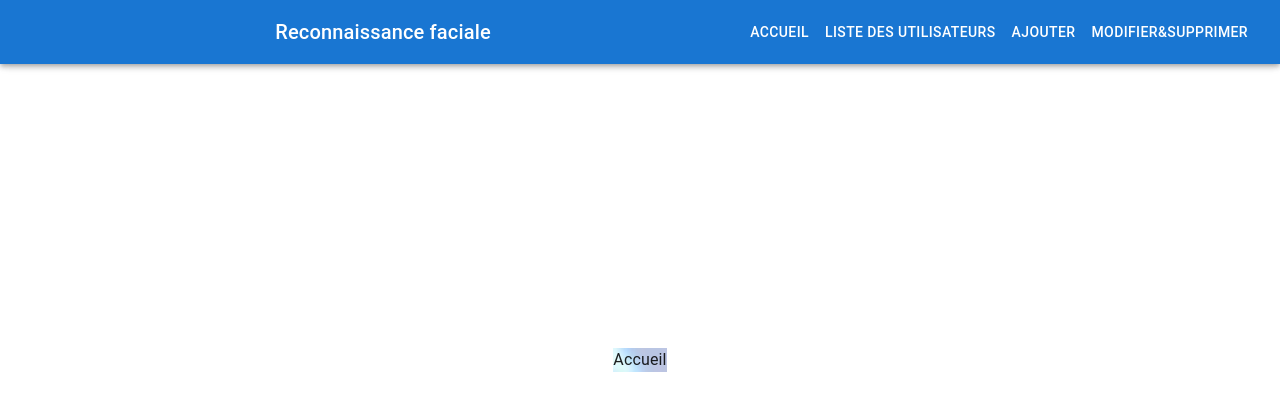
Repository: azizdeghais/Face-recognition-Platform
Page: / (app in front-end/)
An editor plug-in stored every save of this project. The page is shown before and after the next save, followed by the edit.
The browser window is 1280 px wide. The pictures show the whole page.
The project was rebuilt for these pictures with package versions that can differ from the ones it lists, and the page was loaded fresh each time. Also part of the build but not shown: front-end/vite.config.js, front-end/src/Ajouter/Ajouter.jsx, front-end/src/Modification/Modification.jsx, front-end/src/Liste/Liste.jsx.

Above is the page before, as saved 2023-05-15 00:52:09.

After the next save:
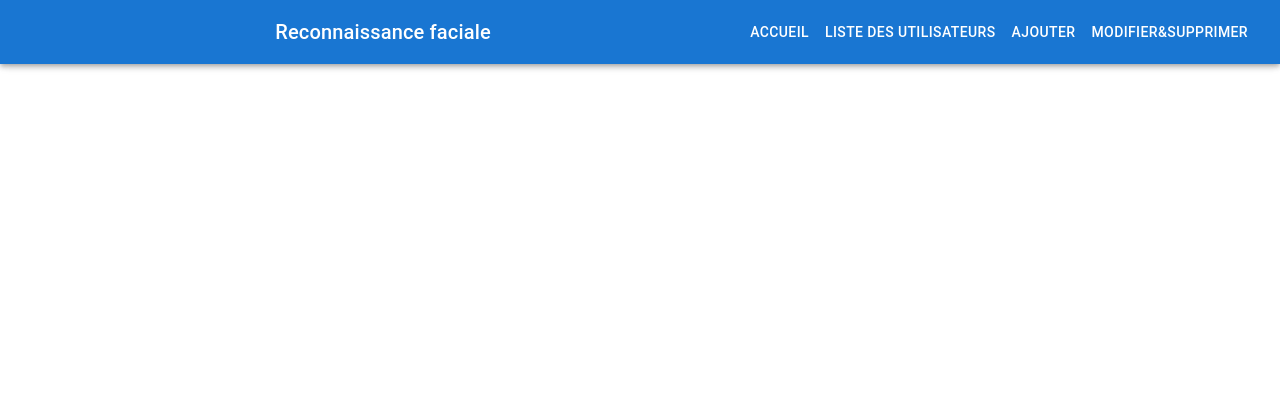
Saved 8 s later.
--- a/front-end/src/Home/Home.jsx
+++ b/front-end/src/Home/Home.jsx
@@ -3,7 +3,6 @@ import '../App.css'
 function Home() {
   return (
     <div className='background-image'>
-      Accueil
     </div>
   )
 }
